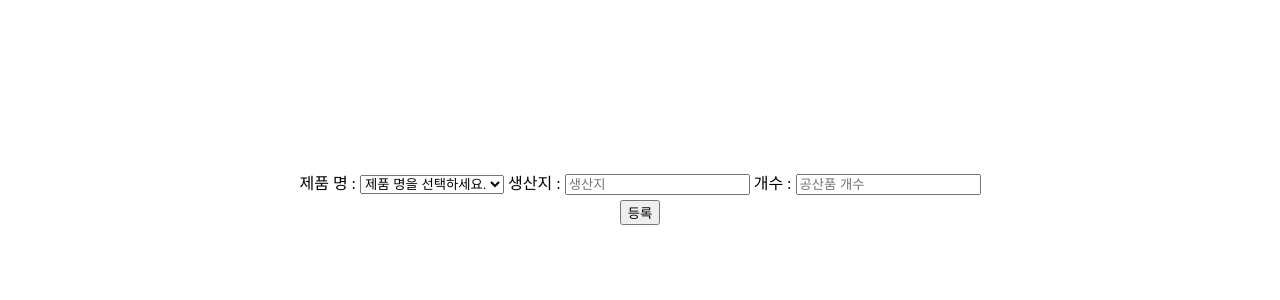
Repository: charmingjae/swproject
Page: http://localhost/board_project/product.jsp
An editor plug-in stored every save of this project. The page is shown before and after the next save, followed by the edit.
The browser window is 1280 px wide. The pictures show the whole page.
The page is served by Tomcat 9. Other server files are loaded and not shown.

Above is the page before, as saved 2019-09-17 17:02:10.

### board_project/board_project/WebContent/product.jsp
<%@ page language="java" contentType="text/html; charset=EUC-KR"
    pageEncoding="EUC-KR"%>
<%@ page import="java.sql.*" %>
<script language = "javascript">

function writeCheck()
{
	var form = document.writeform;

	if(!form.proname.value)
	{
		alert("제품 명을 선택하세요.");
		form.name.focus();
		return;
	}

	if(!form.proloc.value)
	{
		alert("생산지를 적어주세요.");
		form.proloc.focus();
		return;
	}
	if(!form.pronumber.value)
	{
		alert("개수를 입력하세요.");
		form.pronumber.focus();
		return;
	}
	form.submit();

}
</script>
<!DOCTYPE html PUBLIC "-//W3C//DTD HTML 4.01 Transitional//EN" "http://www.w3.org/TR/html4/loose.dtd">
<html>
	<head>
 		<title> 공산품 관리 </title>
	</head>
 	<body>
 		<table>
			 <center>
				 <form name=writeform method=post action="write_ok.jsp">
				 			<br /><br /><br /><br /><br /><br /><br /><br /><br />
<!-- 				 			제품 명 : <input name="proname" placeholder="공산품 제품명"/>
				 			생산지 : 	<input name="proloc" placeholder="생산지" />
							개수 : 	<input name="pronumber" placeholder="공산품 개수"/> -->

							제품 명 : <select name="proname" size="1">
										<option value="" selected disabled hidden> 제품 명을 선택하세요.</option>
										<option value="AIR JORDAN 1">AIR JORDAN 1</option>
										<option value="YEEZY BOOST">YEEZY BOOST</option>
									</select>
									</select>
							생산지 : 	<input name="proloc" placeholder="생산지" />
							개수 : 	<input name="pronumber" placeholder="공산품 개수"/>

				 </form>
			 </center>
		</table>

		<table width="100%" cellpadding="0" cellspacing="0" border="0">
  		<tr>
  			<td colspan="4" height="5"></td>
  		</tr>
  		<tr align="center">
   			<td>
   				<input type=button value="등록" OnClick = "javascript:writeCheck();">
   			</td>
  		</tr>
		</table>
	</body>
</html>

After the next save:
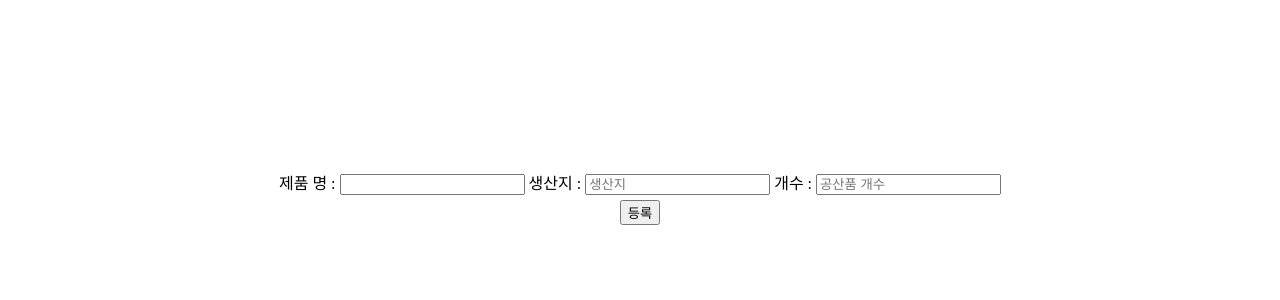
Saved 6 min 6 s later.
--- a/board_project/board_project/WebContent/product.jsp
+++ b/board_project/board_project/WebContent/product.jsp
@@ -44,12 +44,19 @@ function writeCheck()
 				 			생산지 : 	<input name="proloc" placeholder="생산지" />
 							개수 : 	<input name="pronumber" placeholder="공산품 개수"/> -->
 
-							제품 명 : <select name="proname" size="1">
+							<!-- 제품 명 : <select name="proname" size="1">
 										<option value="" selected disabled hidden> 제품 명을 선택하세요.</option>
 										<option value="AIR JORDAN 1">AIR JORDAN 1</option>
 										<option value="YEEZY BOOST">YEEZY BOOST</option>
 									</select>
-									</select>
+									</select> -->
+
+							제품 명 : <input list="proname" name="proname">
+									<datalist id="browsers">
+										<option value="" selected disabled hidden> 제품 명을 입력하세요.</option>
+										<option value="AIR JORDAN 1">AIR JORDAN 1</option>
+										<option value="YEEZY BOOST">YEEZY BOOST</option>
+									</datalist>
 							생산지 : 	<input name="proloc" placeholder="생산지" />
 							개수 : 	<input name="pronumber" placeholder="공산품 개수"/>
 
